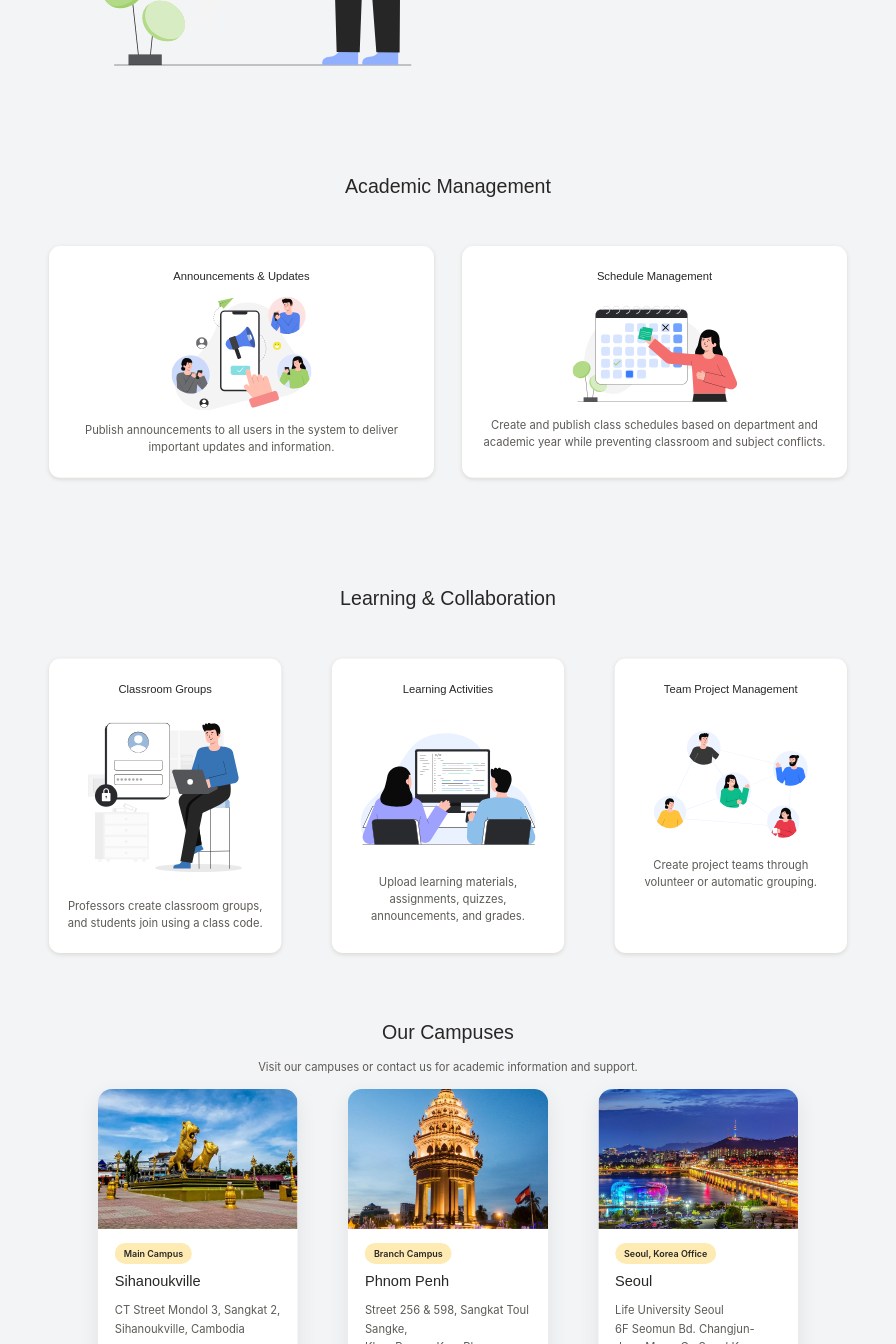
Repository: Chocovcandy/Classroom_Management_System
Page: http://localhost/
These files come from the project's save history. The page is drawn as it stood at one moment and after a run of saves; the edit follows.
The browser window is 1280 px wide. The pictures show the part of the page from y = 1222 to 3142 px (the page is 3358 px tall before and 3382 px after), at 70% of full size.
Some web libraries are served in a nearby version. The page is served by the project's Laravel application, run on PHP 8.4 with Laravel 12.

Above is the page before, as saved 2026-08-11 10:07:28.

After the next 2 saves:
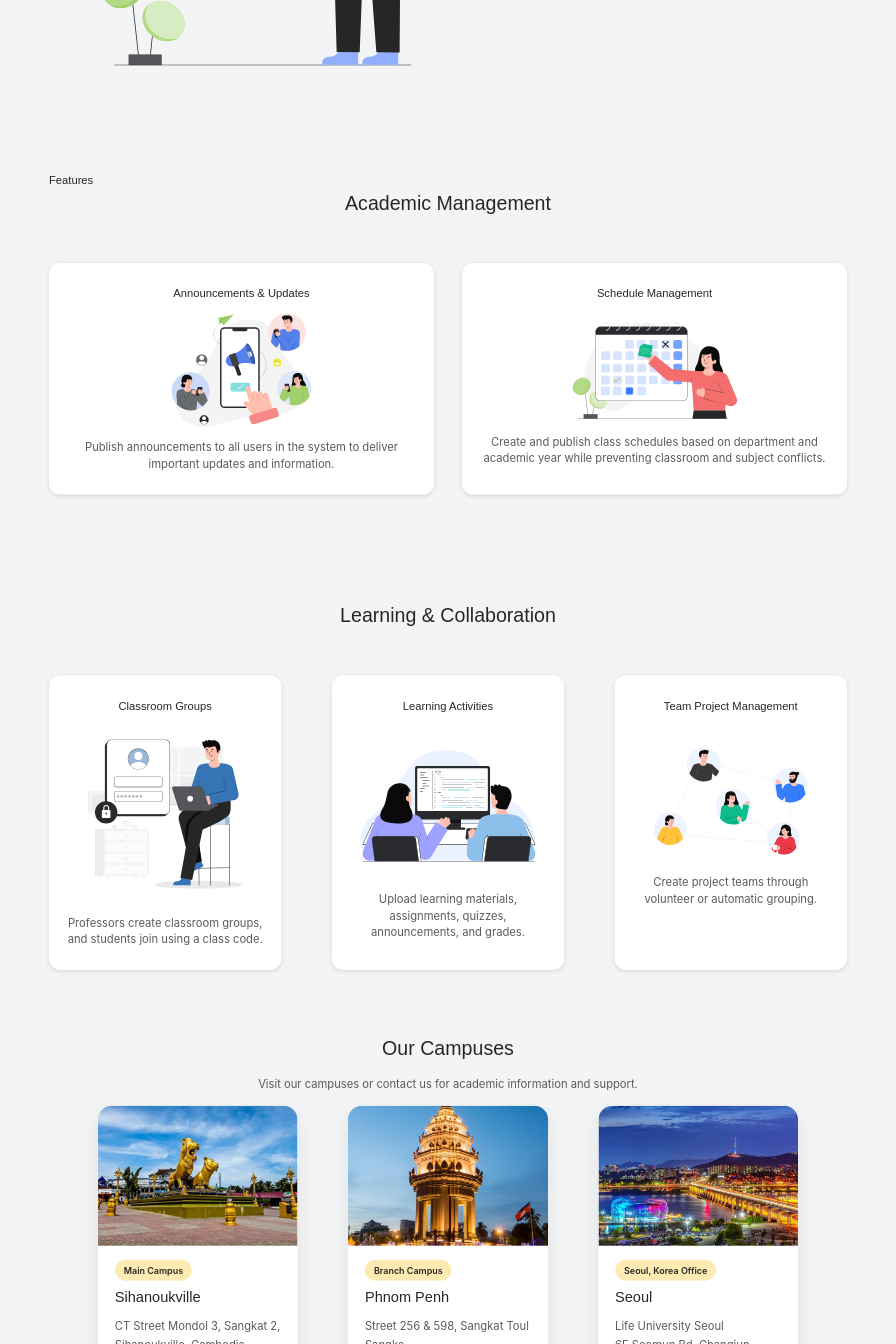
The 2 saves are shown as one change because they came seconds apart.
The last was saved 8 min 26 s later.
--- a/resources/views/welcome.blade.php
+++ b/resources/views/welcome.blade.php
@@ -127,6 +127,7 @@
             </section>
 
             <section class="services section container" id="features">
+                <h1>Features</h2>
 
                 <h2 class="section__title">Academic Management</h2>
                 <div><br><br></div>
